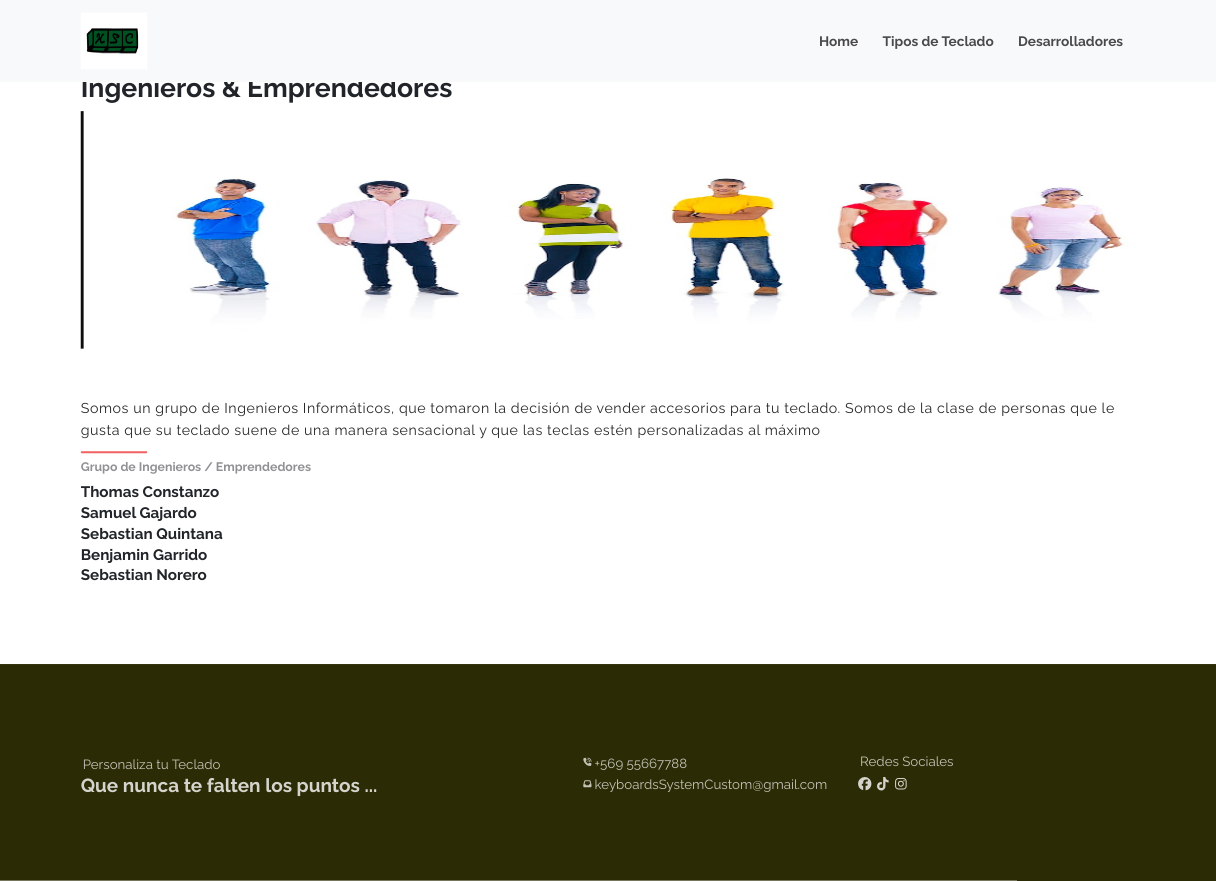
Repository: sebaqqq/customKeyboard
Page: /about
The author's editor kept a copy of each file at every save. The page is drawn from the files as they stood at one save, then again after a run of saves.
The browser window is 1280 px wide. The pictures show the whole page, at 95% of full size.
The project was rebuilt for these pictures with package versions that can differ from the ones it lists, and the page was loaded fresh each time. The framework's server and built-in components were replaced by stand-ins that run in the browser. Also part of the build but not shown: next.config.js.

Above is the page before, as saved 2023-01-26 21:18:26.

### pages/_app.js
import '../styles/globals.css'

function MyApp({ Component, pageProps }) {
    return <Component {...pageProps} />
}

export default MyApp

### pages/about.js
//next
import Image from 'next/image';

//Components
import Layout from '../components/Layout';

//FontAwesomeIcon
import { FontAwesomeIcon } from '@fortawesome/react-fontawesome'
import { library } from '@fortawesome/fontawesome-svg-core';
import { faFacebook, faInstagram, faTiktok } from '@fortawesome/free-brands-svg-icons'
import {
    faPhoneVolume,
    faInbox
} from '@fortawesome/free-solid-svg-icons'

library.add(
    faFacebook,
    faInstagram,
    faTiktok,
    faPhoneVolume,
    faInbox
)
const About = () => {
    return (
        <>
            <Layout
                pagina= "Nosotros"
            >
                <section className="section" id="testmonial">
                    <div className="container">
                        <h6 className="xs-font mb-0">¿Quien Somos?</h6>
                        <h3 className="section-title">Ingenieros & Emprendedores</h3>
                        {/* hay que centrar la imagen de la foto grupal */}
                        <Image
                            src= {'/../public/groupPerson.jpg'}
                            alt="grupo"
                            width={350}
                            height={250}
                            className='card-img-top'
                        />
                        <div id="owl-testmonial" className="owl-carousel owl-theme mt-4">
                            <div className="item">
                                <div className="textmonial-item">
                                    <div className="des">
                                        <h5 className="ti-quote-left font-weight-bold"></h5>
                                        <p>Somos un grupo de Ingenieros Informáticos, que tomaron la decisión de vender accesorios para tu teclado. Somos de la clase de personas que le gusta que su teclado suene de una manera sensacional y que las teclas estén personalizadas al máximo</p>
                                        <h5 className="ti-quote-left text-right font-weight-bold"></h5>
                                        <div className="line"></div>
                                        <h6 className="xs-font">Grupo de Ingenieros / Emprendedores</h6>
                                        <h6 className="name">Thomas Constanzo</h6>
                                        <h6 className="name">Samuel Gajardo</h6>
                                        <h6 className="name">Sebastian Quintana</h6>
                                        <h6 className="name">Benjamin Garrido</h6>
                                        <h6 className="name">Sebastian Norero</h6>
                                    </div>
                                </div>
                            </div>
                        </div>
                    </div>
                </section>

                <section className="section bg-overlay">
                    <div className="container">
                        <div className="infos mb-4 mb-md-2">
                        <div className="title">
                        <h6 className="subtitle font-weight-normal">Personaliza tu Teclado</h6>
                        <h5>Que nunca te falten los puntos ...</h5>
                        </div>
                        <div className="socials">
                            <div className="row justify-content-between">
                                <div className="col">
                                <a className="d-block subtitle"><FontAwesomeIcon icon={faPhoneVolume} style={{width: '3%', margin: 'auto', display: 'inline-block'}}/> +569 55667788</a>
                                <a className="d-block subtitle"><FontAwesomeIcon icon={faInbox} style={{width: '3%', margin: 'auto', display: 'inline-block'}}/> keyboardsSystemCustom@gmail.com</a>
                                </div>
                                <div className="col">
                                    <h6 className="subtitle font-weight-normal mb-1">Redes Sociales</h6>
                                    <div className="social-links">
                                    <a href="#" className="link pr-1"><FontAwesomeIcon icon={faFacebook} style={{width: '5%', margin: 'auto', display: 'inline-block'}}/></a>
                                    <a href="#" className="link pr-1"><FontAwesomeIcon icon={faTiktok} style={{width: '5%', margin: 'auto', display: 'inline-block'}}/></a>
                                    <a href="#" className="link pr-1"><FontAwesomeIcon icon={faInstagram} style={{width: '5%', margin: 'auto', display: 'inline-block'}}/></a>
                                    </div>
                                </div>
                            </div>
                        </div>
                    </div>
                    </div>
                </section>
            </Layout>
        </>
    );
}

export default About;

### components/Layout.js
import Head from "next/head";
import Header from "./Header";


const Layout = ({children, pagina}) => {
    return (
        <div>
            <Head>
                <title>KSC - {pagina}</title>
                <meta content="width=device-width, initial-scale=1" name="viewport" />
                <meta charSet="utf-8" />
                <meta name="description" content="Keys Keyboard" />
                <meta name="keywords" content="Keys Keyboard" />
                <link rel="icon" type="image/png" sizes="32x32" href="/favicon-32x32.png" />
            </Head>
            <Header />
            {children}
        </div>
    );
}

export default Layout;

### components/Header.js
import Link from "next/link"
import Image from 'next/image';

//import styles from '../styles/Header.css'


//fontawesomeIcon
import { FontAwesomeIcon } from '@fortawesome/react-fontawesome'
import { library } from '@fortawesome/fontawesome-svg-core';
import {
    faBars
} from '@fortawesome/free-solid-svg-icons'

library.add(
    faBars
)

const links = [{
  label: 'Home',
  route: '/',
},{
    label: 'Tipos de Teclado',
    route: '/keyboardAbout'
},{
  label: 'Desarrolladores',
  route: '/about'
}]



export default function Navigation () {

    return (
        <>
            <nav id="scrollspyh" className={"navbar navbar-light bg-light navbar-expand-lg fixed-top"} data-spy="affix" data-offset-top="20">
                <div className="container">
                    <Link href="/">
                        <Image
                            src= {'/../public/logo.jpeg'}
                            alt="navbarImage"
                            width={70}
                            height={60}
                            className="brand-img"
                        />
                    </Link>
                    <button
                        className='navbar-toggler'

                        data-toggle="collapse"
                        data-target="#navbarSupportedContent"
                        aria-controls="navbarSupportedContent"
                        aria-expanded="false"
                        aria-label="Toggle navigation"
                        >
                        <FontAwesomeIcon icon={faBars} />

                        <ul className="navbar-nav ml-auto">
                            {links.map(({ label, route }) => (
                                <li key={route} className="nav-item">
                                    <Link href={route} className="nav-link">
                                        {label}
                                    </Link>
                                </li>
                            ))}
                        </ul>

                    </button>
                    <div className="collapse navbar-collapse" id="navbarSupportedContent">
                        <ul className="navbar-nav ml-auto">
                            {links.map(({ label, route }) => (
                                <li key={route} className="nav-item">
                                    <Link href={route} className="nav-link">
                                        {label}
                                    </Link>
                                </li>
                            ))}
                        </ul>
                    </div>
                </div>
            </nav>
        </>
    );
}

Loaded but not shown: pages/_document.js (common file); styles/globals.css (library)

After the next 3 saves:
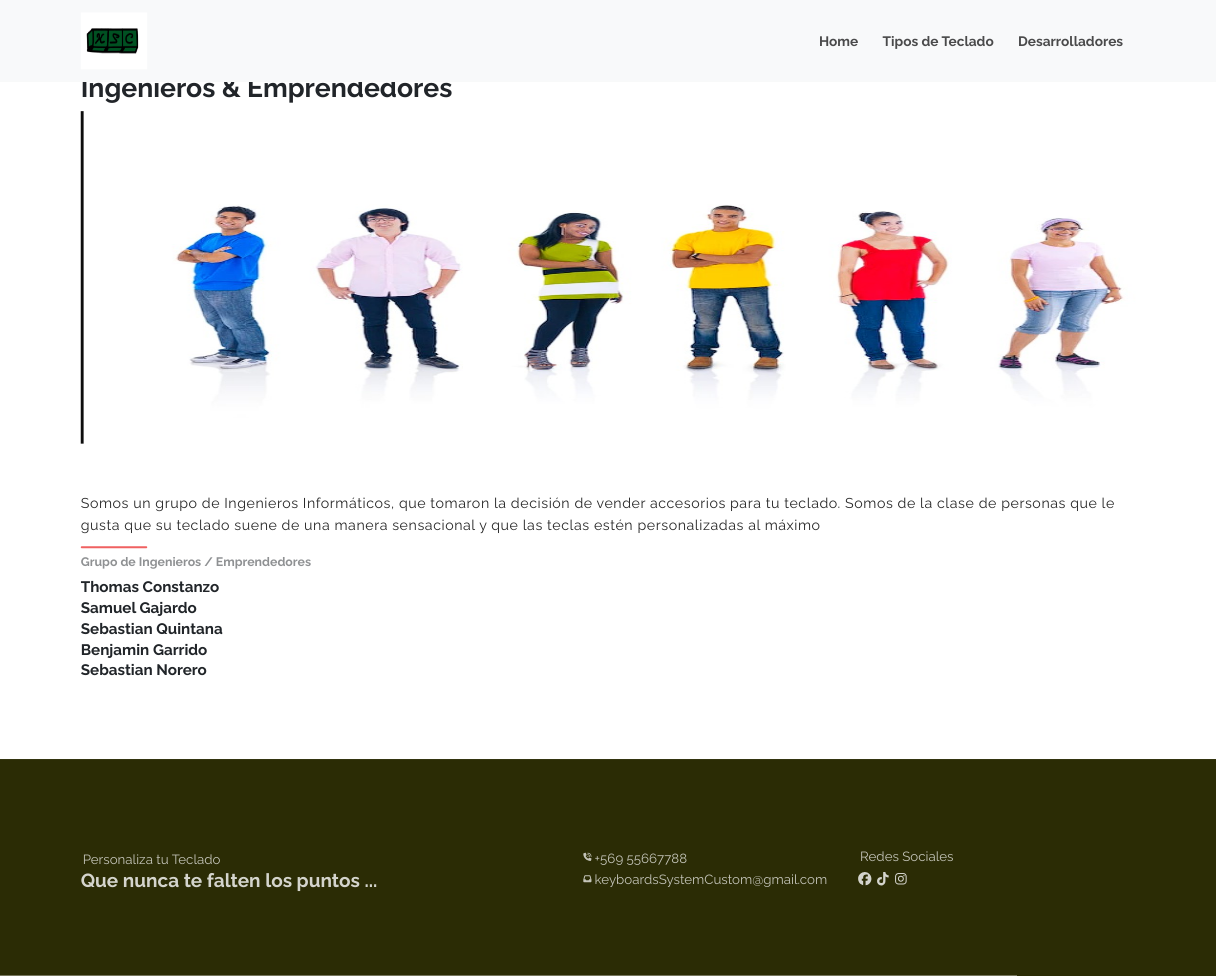
The 3 saves are shown as one change because they came seconds apart.
The last was saved 14 s later.
--- a/pages/about.js
+++ b/pages/about.js
@@ -34,8 +34,8 @@
                         <Image
                             src= {'/../public/groupPerson.jpg'}
                             alt="grupo"
-                            width={350}
-                            height={250}
+                            width={150}
+                            height={350}
                             className='card-img-top'
                         />
                         <div id="owl-testmonial" className="owl-carousel owl-theme mt-4">
